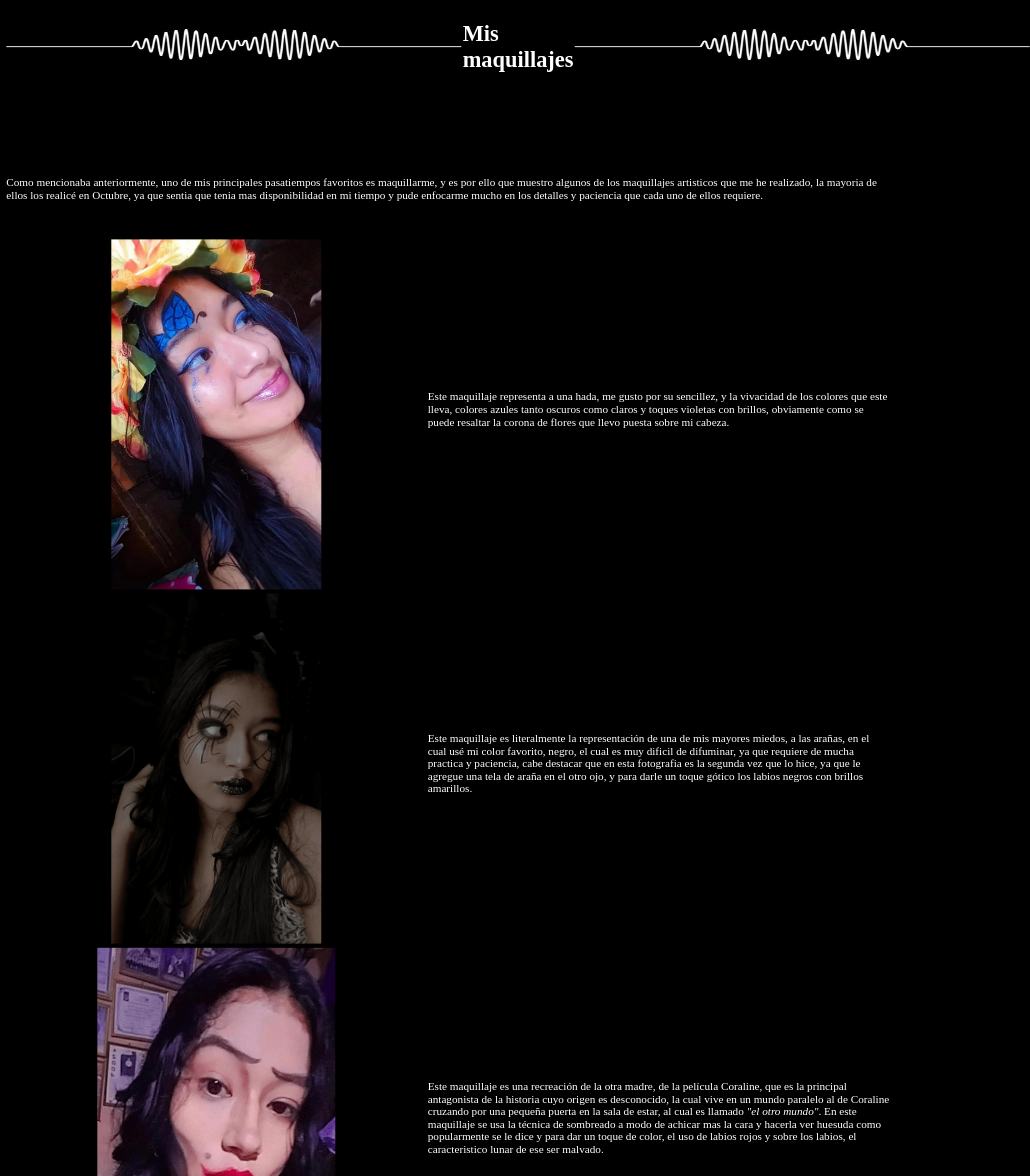
Repository: darlyn-saravia27/portafolio-darlynsaravia
Page: archivoshtml/maquillaje.html
An editor plug-in stored every save of this project. The page is shown before and after the next save, followed by the edit.
The browser window is 1280 px wide. The page is 1472 px wide, so the pictures cover 1472 px, including what lies to the right of the window. The pictures show the part of the page from y = 0 to 1680 px (the page is 4909 px tall), at 70% of full size.

Above is the page before, as saved 2023-03-08 04:13:53.

### archivoshtml/maquillaje.html
<!DOCTYPE html>
<html lang="es">
<head>
    <meta charset="UTF-8">
    <meta http-equiv="X-UA-Compatible" content="IE=edge">
    <meta name="viewport" content="width=device-width, initial-scale=1.0">
    <title>Maquillaje</title>
</head>
<body bgcolor="black">
    <table align="center" cellspacing="0" width="100%">
        <tr>
            <td>
                <img src="_ (6).png" width="650px" height="100">
            </td>
            <td>
                <h1><font color="white">Mis maquillajes</font></h1>
            </td>
            <td>
                <img src="_ (6).png" width="650px" height="100px">
            </td>
        </tr>
    </table>
    <table align="center" cellspacing="0" width="100%">
        <tr>
            <td colspan="2">
                <p><font color="white">Como mencionaba anteriormente, uno de mis principales pasatiempos favoritos es maquillarme,
                y es por ello que muestro algunos de los maquillajes artisticos que me he realizado, la
                mayoria de ellos los realicé en Octubre, ya que sentia que tenia mas disponibilidad en mi tiempo
                y pude enfocarme mucho en los detalles y paciencia que cada uno de ellos requiere.</font>
                </p>
                <br>
                <br>
            </td>
        </tr>
        <tr>
            <td align="center">
                <img src="fo1.png" width="300px" height="500px">
            </td>
            <td>
                <font color="white">Este maquillaje representa a una hada, me gusto por su sencillez, y la vivacidad de
                    los colores que este lleva, colores azules tanto oscuros como claros y toques violetas
                    con brillos, obviamente como se puede resaltar la corona de flores que llevo puesta
                    sobre mi cabeza.</font>
                <br>
                <br>
            </td>
        </tr>
        <tr>
            <td align="center">
                <img src="fo2.png" width="300px" height="500px">
            </td>
            <td><font color="white">Este maquillaje es literalmente la representación de una de mis mayores miedos,
                a las arañas, en el cual usé mi color favorito, negro, el cual es muy dificil de difuminar,
                ya que requiere de mucha practica y paciencia, cabe destacar que en esta fotografia es
                la segunda vez que lo hice, ya que le agregue una tela de araña en el otro ojo, y para darle
                un toque gótico los labios negros con brillos amarillos.</font>
                <br>
                <br>
            </td>
        </tr>
        <tr>
            <td align="center">
                <img src="fo3.png" width="340px" height="500px">
            </td>
            <td><font color="white">Este maquillaje es una recreación de la otra madre, de la película
                Coraline, que es la principal antagonista de la historia cuyo origen es desconocido, la
                cual vive en un mundo paralelo al de Coraline cruzando por una pequeña puerta en la sala
                de estar, al cual es llamado <i>"el otro mundo"</i>. En este maquillaje se usa la técnica
                de sombreado a modo de achicar mas la cara y hacerla ver huesuda como popularmente se le dice
                y para dar un toque de color, el uso de labios rojos y sobre los labios, el caracteristico lunar
                de ese ser malvado.</font>
                <br>
                <br>
            </td>
        </tr>
        <tr>
            <td align="center">
                <img src="fo4.png" width="500px" height="400px">
            </td>
            <td><font color="white">Recreación del maquillaje de Morticia Addams, entrando en contexto
                con este personaje, es el corazón, reina y alma de la Familia Addams, se describe como
                una vampiresa de piel pálida, cabello negro lacio, que usa vestidos negros góticos para
                combinar con su pelo. Volviendo al tema, quise recrear el maquillaje de una Tiktoker famosa,
                llamada Dorys Jocelyn Velásquez, la cual es una maquillista profesional y recrea maquillajes
                de todo tipo de ocasión, y por supuesto, los maquillajes artísticos, y me llamo mucho la atención
                el echo de como fucionó el personaje de Morticia con una catrina, tipos de maquillajes que los
                mexicanos usan el día de muertos. Recalco que me fascina trabajar con colores neutros, pero
                con el color negro en cualquier tipo de maquillaje es difícil de manejar, pero que con práctica,
                dedicación y paciencia, todo se hace mas fácil.</font>
                <br>
                <br>
            </td>
        </tr>
        <tr>
            <td align="center">
                <img src="fo5.png" width="300px" height="500px">
            </td>
            <td><font color="white">El maquillarte es como utilizar un lienzo blanco en el cual
                te dejas guiar por tu imaginación y gustos y comienzas a pintar, esta es una breve descripción
                de este maquillaje, ya que quise no lleva un patrón ni guía, simplemente es colorear de la
                manera en que gustes, usando cualquier variedad de tonos de colores, sombras, etc. </font>
                <br>
                <br>
            </td>

        </tr>
        <tr>
            <td align="center">
                <img src="fo6.png" width="500px" height="400px">
            </td>
            <td><font color="white">Quise agregar esta "tierna" fotografía sobre un maquillaje de un animal,
                una osa, representación de la fauna de los bosques, creo que ha sido uno de los mas sencillos
                y fáciles que he realizado.
                </font>
                <br>
                <br>
            </td>
        </tr>
        <tr>
            <td align="center">
                <img src="fo7.png" width="400px" height="500px">
            </td>
            <td><font color="white">El gran Joker, con una personalidad psicópata con humor sádico
                y retorcido enemigo de Batman, considero que este ha sido uno de los mejores maquillajes
                que me he realizado, tiene buen contraste de colores, y por supuesto que no debía faltar
                los toques de brillo. Me he sentido orgullosa de poder hacer a un villano y que haya quedado
                perfecto dentro de lo que cabe.</font>
                <br>
                <br>
            </td>

        </tr>
        <tr>
            <td align="center">
                <img src="fo8.png" width="300px" height="400px">
            </td>
            <td><font color="white">Este fue el primer maquillaje de araña que me realicé, me
                inspiré de uno de los maquillajes de la Tiktoker Fer Jalil, ya que ella se encargó de
                recrearlo y me llamó mucho la atención, así que decidí intentarlo y salió tal como me lo
                esperaba, sobre todo me encanta el efecto de sombreado y lo gótico que luce.
            </font></td>
            <br>
            <br>
        </tr>
        <tr>
            <td align="center">
                <img src="makedada.png" width="600px" height="300px">
            </td>
            <td><font color="white">Es uno de mis mayores logros, el haber participado en el concurso
                de maquillaje en el colegio en 2021, estabamos en pandemia y las clases eran totalmente
                virtuales, tenía miedo porque estaba entre participar o no, pero con el apoyo de personas
                muy cercanas a mi, me alentaron para participar, me decidí y así lo hice.
                Literalmente me inspiré en dos cosas: la primera, fue en las mariposas, y especificamente las
                de especie Morfo, que son mariposas de color azul, y segundo, por las flores ya que me encantan,
                y que mejor manera de combiar ambas cosas en un solo maquillaje, al cual le puse por nombre <i>"Morfo
                de la primavera"</i> basandome en que a las mariposas les encantan las flores.
                Lo que no me esperaba, era ganar el primer lugar, me sentí orgullosa de mi misma, porque
                pude demostrar que si puedo hacer lo que me proponga, que soy capaz de mostrarle a muchas
                personas lo que sé y sentirme orgullosa de ello.
            </font></td>
            <br>
            <br>
        </tr>
        <tr>
            <td align="center">
                <img src="makedada2.png" width="250px" height="500px">
            </td>
            <td><font color="white">Para finalizar esta sección de maquillajes, el año pasado(2022)
                me animé a participar de nuevo en el concurso de maquillaje, quería seguir demostrando todo
                lo que sé, el arte y potencial que tengo, no gané ningún lugar, pero lo importante para mi
                fue participar y sentirme feliz de realizar un maquillaje tan colorido y complejo como ese,
                tomé referencia de una fotografía de una famosa en maquillaje artístico, simplemente me volví
                a sentir orgullosa de mi, porque si logré mi objetivo y es la mejor satisfacción que yo puedo
                tener, y seguir demostrándome a mi misma que lo que es pasión para mi, lo demuestre
                sin ningún tipo de temor.</font></td>
            <br>
            <br>
        </tr>
    </table>
</body>
</html>

After the next save:
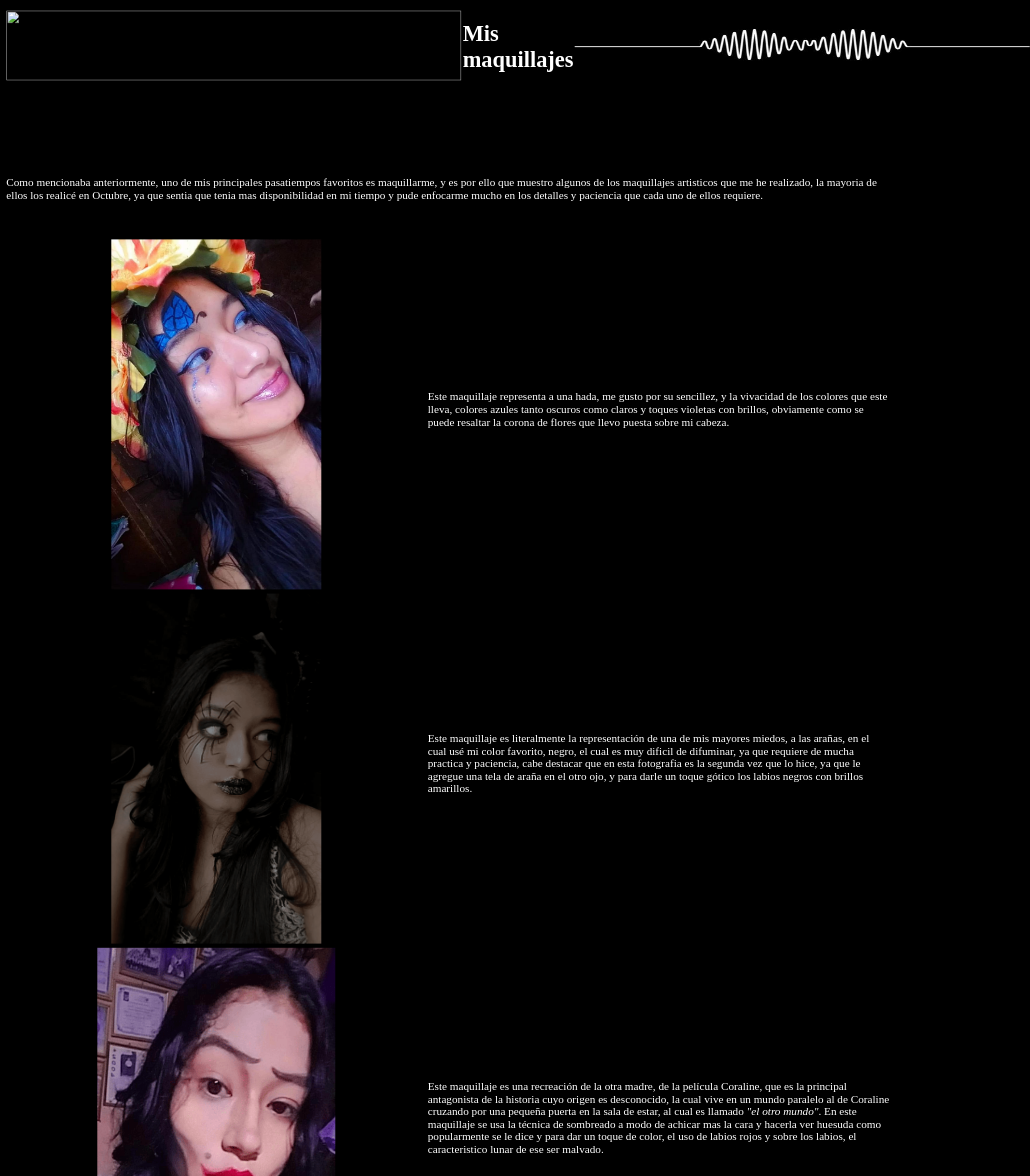
Not found: archivoshtml/makeup1.png
Saved 23 s later.
--- a/archivoshtml/maquillaje.html
+++ b/archivoshtml/maquillaje.html
@@ -10,7 +10,7 @@
     <table align="center" cellspacing="0" width="100%">
         <tr>
             <td>
-                <img src="_ (6).png" width="650px" height="100">
+                <img src="makeup1.png" width="650px" height="100">
             </td>
             <td>
                 <h1><font color="white">Mis maquillajes</font></h1>
